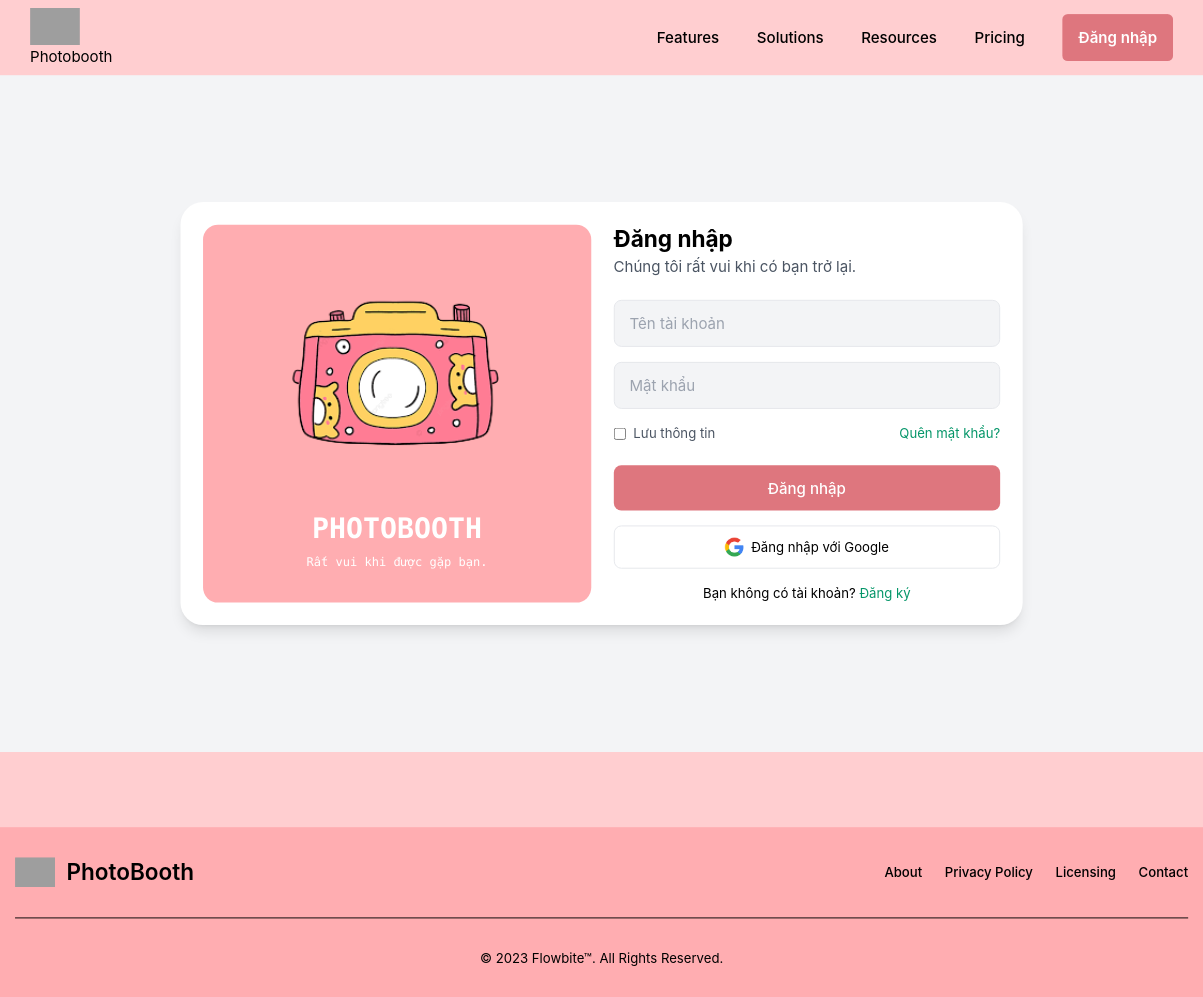
Repository: kontee809/photobooth_app
Page: /sign-in (app in photobooth-client/)
An editor plug-in stored every save of this project. The page is shown before and after the next save, followed by the edit.
The browser window is 1280 px wide. The pictures show the whole page, at 94% of full size.
Pictures or frames that could not be fetched are drawn as grey boxes. The project was rebuilt for these pictures with package versions that can differ from the ones it lists, and the page was loaded fresh each time. Also part of the build but not shown: photobooth-client/src/component/Camera.jsx, photobooth-client/src/component/Home.jsx, photobooth-client/src/component/RegisterForm.jsx.

Above is the page before, as saved 2025-05-04 15:03:37.

### photobooth-client/src/App.jsx
import React from 'react';
import { BrowserRouter, Routes, Route } from 'react-router-dom';
import WebcamCapture from './component/Camera';
import Header from './component/Header';
import Home from './component/Home';
import Footer from './component/Footer';
import RegisterForm from './component/RegisterForm';
import LoginForm from './component/LoginForm';

export default function App() {
  return (
    <BrowserRouter>
      <div className="bg-[#ffadb1]/60 backdrop-blur-md min-h-screen">
        <Header />

        {/* Bọc các Route bên trong Routes */}
        <Routes>
          <Route path="/" element={<Home />} />
          <Route path="/camera" element={<WebcamCapture />} />
          <Route path='/sign-up' element={<RegisterForm />} />
          <Route path='/sign-in' element={<LoginForm />} />
        </Routes>

        <Footer />
      </div>
    </BrowserRouter>
  );
}

### photobooth-client/src/component/Header.jsx
import React from 'react'

export default function Header() {
  return (
   <header class="pb-6 lg:pb-0">
    <div class="px-4 mx-auto max-w-7xl sm:px-6 lg:px-8">
        {/* <!-- lg+ --> */}
        <nav class="flex items-center justify-between h-16 lg:h-20">
            <div class="flex-shrink-0">
                <a href="/" title="" class="flex">
                    <img class="w-auto h-12 lg:h-10" src="https://c8.alamy.com/comp/2BRRTY0/photo-booth-logo-design-template-2BRRTY0.jpg" alt="" />
                </a>
                <h2 className=''>Photobooth</h2>
            </div>

            <button type="button" class="inline-flex p-2 text-black transition-all duration-200 rounded-md lg:hidden focus:bg-gray-100 hover:bg-gray-100">
                {/* <!-- Menu open: "hidden", Menu closed: "block" --> */}
                <svg class="block w-6 h-6" xmlns="http://www.w3.org/2000/svg" fill="none" viewBox="0 0 24 24" stroke="currentColor">
                    <path stroke-linecap="round" stroke-linejoin="round" stroke-width="2" d="M4 8h16M4 16h16" />
                </svg>

                {/* <!-- Menu open: "block", Menu closed: "hidden" --> */}
                <svg class="hidden w-6 h-6" xmlns="http://www.w3.org/2000/svg" fill="none" viewBox="0 0 24 24" stroke="currentColor">
                    <path stroke-linecap="round" stroke-linejoin="round" stroke-width="2" d="M6 18L18 6M6 6l12 12" />
                </svg>
            </button>

            <div class="hidden lg:flex lg:items-center lg:ml-auto lg:space-x-10">
                <a href="#" title="" class="text-base font-medium text-black transition-all duration-200 hover:text-[#c63e81] focus:text-[#c63e81]"> Features </a>

                <a href="#" title="" class="text-base font-medium text-black transition-all duration-200 hover:text-[#c63e81] focus:text-[#c63e81]"> Solutions </a>

                <a href="#" title="" class="text-base font-medium text-black transition-all duration-200 hover:text-[#c63e81] focus:text-[#c63e81]"> Resources </a>

                <a href="#" title="" class="text-base font-medium text-black transition-all duration-200 hover:text-[#c63e81] focus:text-[#c63e81]"> Pricing </a>
            </div>

            <a href="/sign-in" title="" class="items-center justify-center hidden px-4 py-3 ml-10 text-base font-semibold text-white transition-all duration-200 bg-[#de767e] border border-transparent rounded-md lg:inline-flex hover:bg-[#c63e81] focus:bg-[#c63e81]" role="button"> Đăng nhập </a>
        </nav>


        {/* <nav class="pt-4 pb-6 bg-white border border-gray-200 rounded-md shadow-md lg:hidden">
            <div class="flow-root">
                <div class="flex flex-col px-6 -my-2 space-y-1">
                    <a href="#" title="" class="inline-flex py-2 text-base font-medium text-black transition-all duration-200 hover:text-blue-600 focus:text-blue-600"> Features </a>

                    <a href="#" title="" class="inline-flex py-2 text-base font-medium text-black transition-all duration-200 hover:text-blue-600 focus:text-blue-600"> Solutions </a>

                    <a href="#" title="" class="inline-flex py-2 text-base font-medium text-black transition-all duration-200 hover:text-blue-600 focus:text-blue-600"> Resources </a>

                    <a href="#" title="" class="inline-flex py-2 text-base font-medium text-black transition-all duration-200 hover:text-blue-600 focus:text-blue-600"> Pricing </a>
                </div>
            </div>

            <div class="px-6 mt-6">
                <a href="#" title="" class="inline-flex justify-center px-4 py-3 text-base font-semibold text-white transition-all duration-200 bg-blue-600 border border-transparent rounded-md tems-center hover:bg-blue-700 focus:bg-blue-700" role="button"> Get started now </a>
            </div>
        </nav> */}
    </div>
</header>
  )
}

### photobooth-client/src/component/Footer.jsx
import React from 'react'

export default function() {
  return (


<footer class="bg-[#ffadb1] mt-20">
    <div class="w-full max-w-screen-xl mx-auto p-4 md:py-8">
        <div class="sm:flex sm:items-center sm:justify-between">
            <a href="https://flowbite.com/" class="flex items-center mb-4 sm:mb-0 space-x-3 rtl:space-x-reverse">
                <img src="https://flowbite.com/docs/images/logo.svg" class="h-8" alt="Flowbite Logo" />
                <span class="self-center text-2xl font-semibold whitespace-nowrap dark:text-white">PhotoBooth</span>
            </a>
            <ul class="flex flex-wrap items-center mb-6 text-sm font-medium text-black sm:mb-0 dark:text-black">
                <li>
                    <a href="#" class="hover:underline hover:text-[#c63e81] focus:text-[#c63e81] me-4 md:me-6">About</a>
                </li>
                <li>
                    <a href="#" class="hover:underline hover:text-[#c63e81] focus:text-[#c63e81] me-4 md:me-6">Privacy Policy</a>
                </li>
                <li>
                    <a href="#" class="hover:underline hover:text-[#c63e81] focus:text-[#c63e81] me-4 md:me-6">Licensing</a>
                </li>
                <li>
                    <a href="#" class="hover:underline hover:text-[#c63e81] focus:text-[#c63e81]">Contact</a>
                </li>
            </ul>
        </div>
        <hr class="my-6 border-black sm:mx-auto bg-[#ffadb1]/60 lg:my-8" />
        <span class="block text-sm text-black sm:text-center dark:text-black">© 2023 <a href="https://flowbite.com/" class="hover:underline">Flowbite™</a>. All Rights Reserved.</span>
    </div>
</footer>


  )
}

### photobooth-client/src/component/LoginForm.jsx
import React from 'react';
import googleIcon from '../assets/google_logo_icon_169090.png';
import cameraIcon from '../assets/camera-icon.png';

function LoginForm() {
    return (
        <main>
            <form action="">
                {/* Main Container */}
                <div className="min-h-screen flex justify-center items-center bg-gray-100">
                    {/* Login Container */}
                    <div className="flex flex-col md:flex-row bg-white shadow-lg rounded-3xl p-6 w-full max-w-4xl">

                        {/* Left Box */}
                        <div className="md:w-1/2 bg-[#ffadb1] rounded-2xl flex flex-col justify-center items-center p-6 text-white">
                            <div className="mb-4">
                                <img
                                    src={cameraIcon}
                                    alt="Flower"
                                    className="w-64"
                                />
                            </div>
                            <p className="text-3xl font-semibold font-mono">PHOTOBOOTH</p>
                            <small className="text-center mt-2 w-64 font-mono">
                                Rất vui khi được gặp bạn.
                            </small>
                        </div>

                        {/* Right Box */}
                        <div className="md:w-1/2 mt-6 md:mt-0 md:ml-6">
                            <div className="mb-6">
                                <h2 className="text-2xl font-bold">Đăng nhập</h2>
                                <p className="text-gray-600">Chúng tôi rất vui khi có bạn trở lại.</p>
                            </div>

                            <div className="mb-4">
                                <input
                                    type="text"
                                    placeholder="Tên tài khoản"
                                    className="w-full px-4 py-3 border rounded-lg bg-gray-100 focus:outline-none focus:ring-2 focus:ring-emerald-500"
                                    required
                                />
                            </div>
                            <div className="mb-4">
                                <input
                                    type="password"
                                    placeholder="Mật khẩu"
                                    className="w-full px-4 py-3 border rounded-lg bg-gray-100 focus:outline-none focus:ring-2 focus:ring-emerald-500"
                                    required
                                />
                            </div>

                            <div className="mb-6 flex items-center justify-between text-sm">
                                <div className="flex items-center">
                                    <input
                                        type="checkbox"
                                        id="formCheck"
                                        className="mr-2"
                                    />
                                    <label htmlFor="formCheck" className="text-gray-600">
                                        Lưu thông tin
                                    </label>
                                </div>
                                <a href="#" className="text-emerald-600 hover:underline">
                                    Quên mật khẩu?
                                </a>
                            </div>

                            <div className="mb-4">
                                <button
                                    type="button"
                                    className="w-full py-3 bg-[#de767e] text-white font-medium rounded-lg hover:bg-[#c63e81] transition"
                                >
                                    Đăng nhập
                                </button>
                            </div>

                            <div className="mb-4">
                                <button
                                    type="button"
                                    className="w-full py-3 bg-white border flex items-center justify-center gap-2 text-sm rounded-lg hover:bg-gray-100 transition"
                                >
                                    <img
                                        src={googleIcon}
                                        alt="Google"
                                        className="w-5 h-5"
                                    />
                                    Đăng nhập với Google
                                </button>
                            </div>

                            <div className="text-center text-sm">
                                <span>Bạn không có tài khoản? </span>
                                <a
                                    href="dangky.html"
                                    className="text-emerald-600 hover:underline"
                                >
                                    Đăng ký
                                </a>
                            </div>
                        </div>
                    </div>
                </div>
            </form>
        </main>
    );
}

export default LoginForm;

Loaded but not shown: photobooth-client/public/index.html (common file); photobooth-client/src/index.js (common file); photobooth-client/src/index.css (common file); photobooth-client/tailwind.config.js (common file)

After the next save:
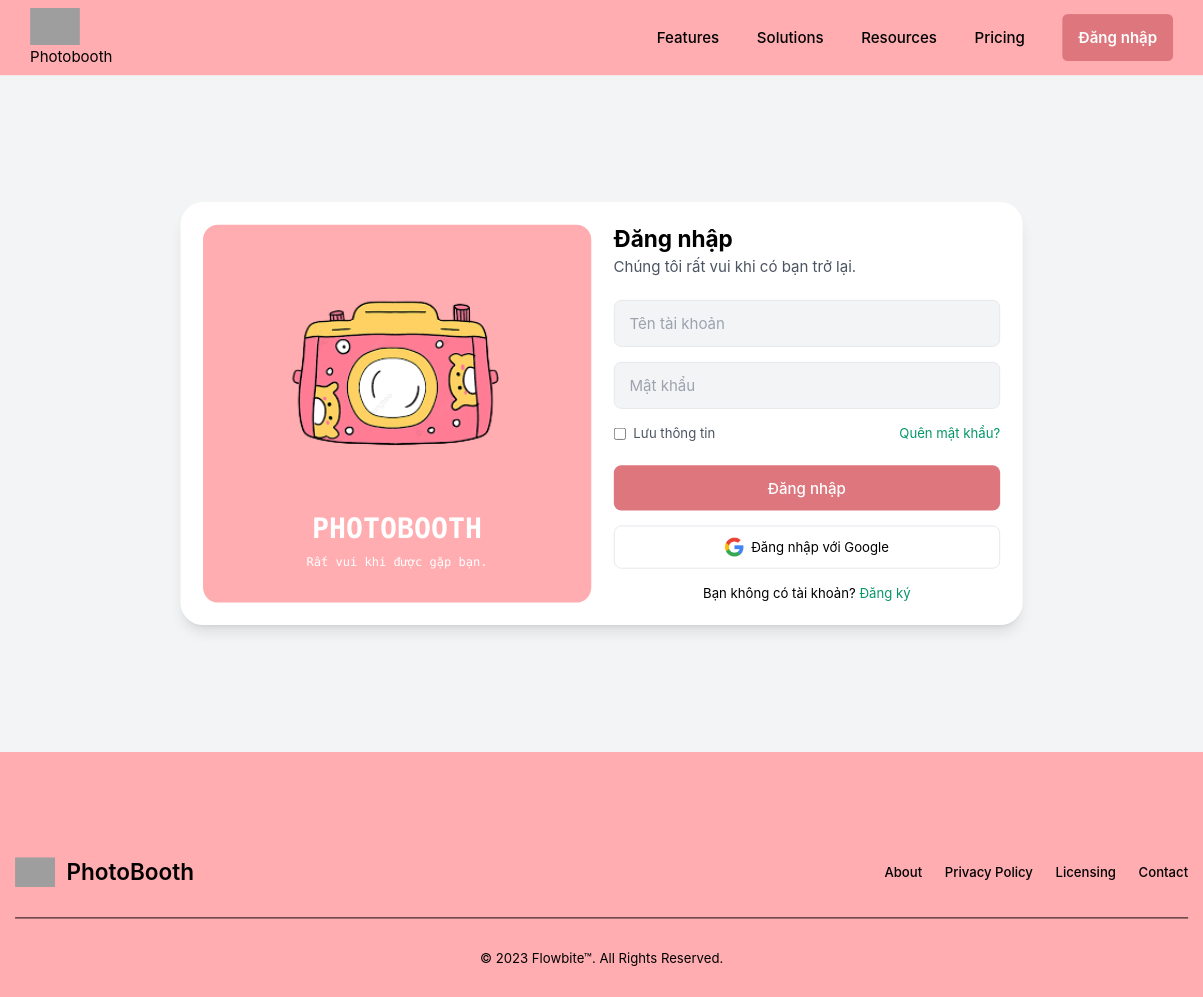
Saved 21 s later.
--- a/photobooth-client/src/App.jsx
+++ b/photobooth-client/src/App.jsx
@@ -10,7 +10,7 @@ import LoginForm from './component/LoginForm';
 export default function App() {
   return (
     <BrowserRouter>
-      <div className="bg-[#ffadb1]/60 backdrop-blur-md min-h-screen">
+      <div className="bg-[#ffadb1] backdrop-blur-md min-h-screen">
         <Header />
 
         {/* Bọc các Route bên trong Routes */}
